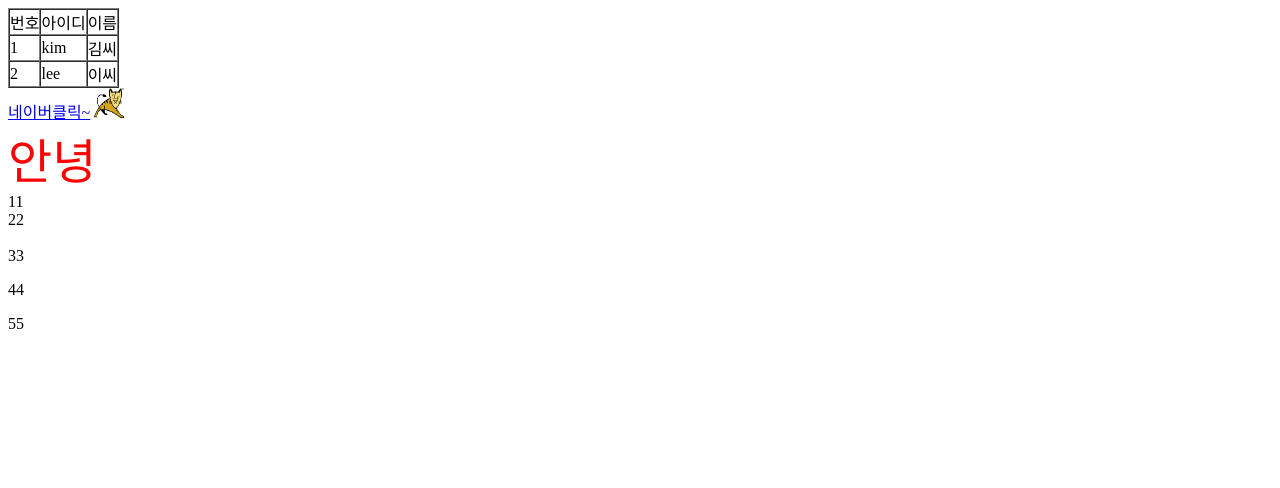
Repository: MinHyeJun/OpenSourceFramework
Page: web_prj/webapp/test.html
An editor plug-in stored every save of this project. The page is shown before and after the next save, followed by the edit.
The browser window is 1280 px wide. The pictures show the whole page.

Above is the page before, as saved 2018-06-26 02:23:51.

### web_prj/webapp/test.html

<html>
<head>
<meta charset="UTF-8">
<title>Insert title here</title>
</head>
<body>
<table border=1 cellpadding=0 cellspacing=0>
	<tr>
		<td>번호</td>
		<td>아이디</td>
		<td>이름</td>
	</tr>
	<tr>
		<td>1</td>
		<td>kim</td>
		<td>김씨</td>
	</tr>
	<tr>
		<td>2</td>
		<td>lee</td>
		<td>이씨</td>
	</tr>
</table>

<a href="http://www.naver.com">네이버클릭~</a>
<img src="tomcat.png" width=30 height=30><br>
<font size=10 color=red>안녕</font><br>
11<br>
22<br><br>
33<p>
44<p><p>
55

</body>
</html>

After the next save:
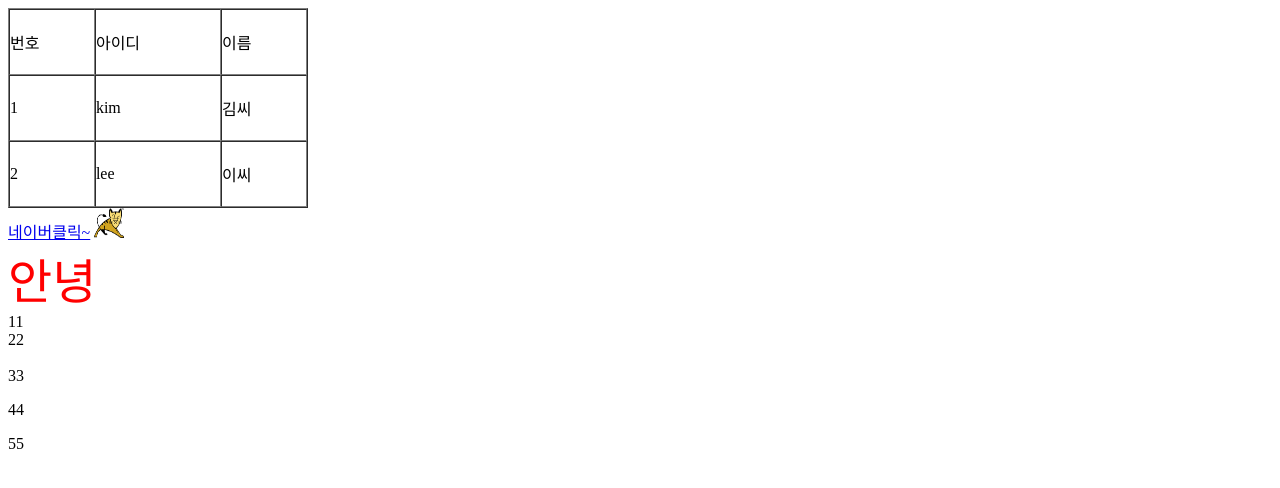
Saved 36 s later.
--- a/web_prj/webapp/test.html
+++ b/web_prj/webapp/test.html
@@ -5,7 +5,7 @@
 <title>Insert title here</title>
 </head>
 <body>
-<table border=1 cellpadding=0 cellspacing=0>
+<table width=300 height=200 border=1 cellpadding=0 cellspacing=0>
 	<tr>
 		<td>번호</td>
 		<td>아이디</td>
